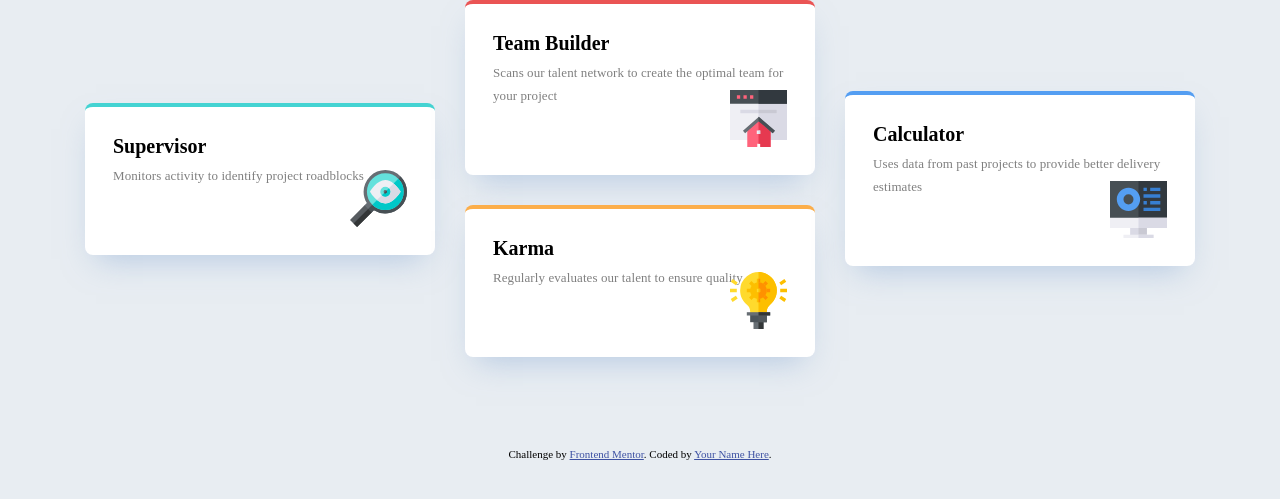
Repository: AngelaMwelu/four-card-page
Page: index.html
The author's editor kept a copy of each file at every save. The page is drawn from the files as they stood at one save, then again after the next save.
The browser window is 1280 px wide. The pictures show the whole page.

Above is the page before, as saved 2025-05-15 16:36:30.

After the next save:
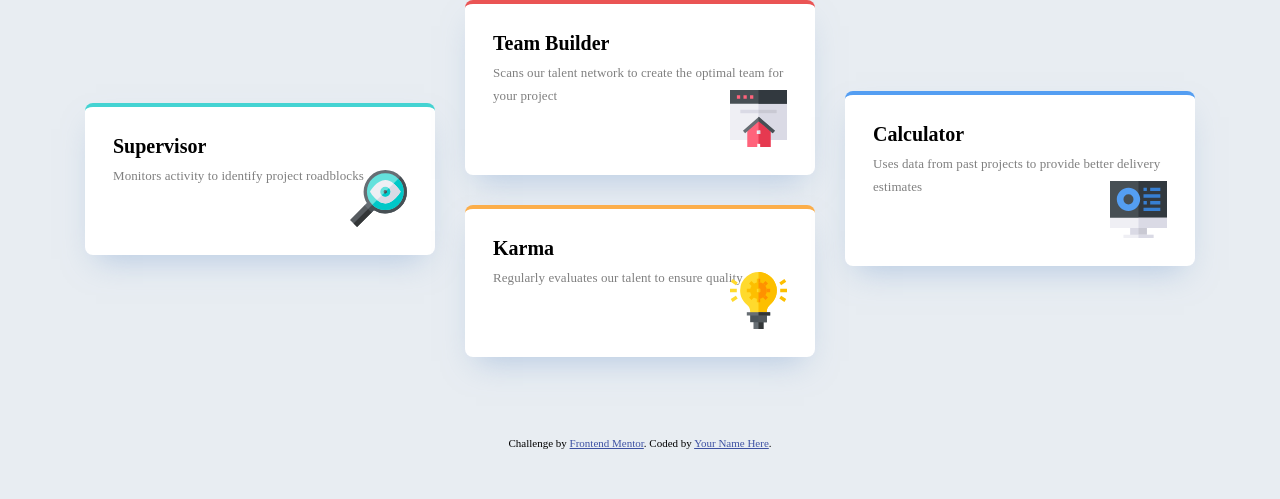
Saved 9 s later.
--- a/index.html
+++ b/index.html
@@ -13,7 +13,7 @@
 
 </head>
 <body>
-  <div class="container"></div>
+  <div class="container">
   <div class="Card">
     <div class="Supervisor">
       <h4>Supervisor</h4>

After the 4 saves that followed:
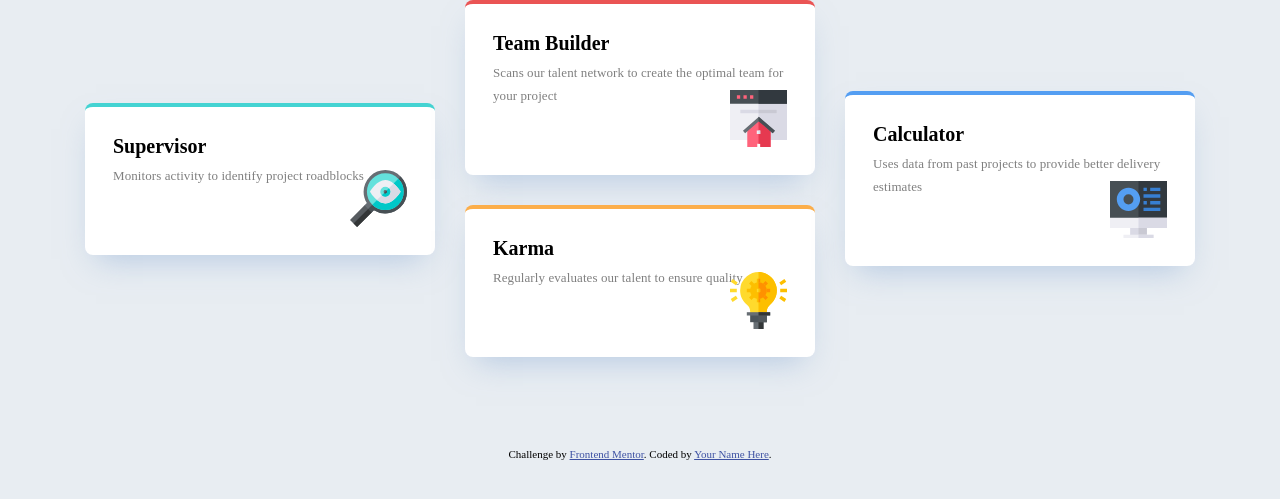
The 4 saves are shown as one change because 1 left the picture as it was and some came seconds apart.
The last was saved 18 s later.
--- a/index.html
+++ b/index.html
@@ -35,6 +35,7 @@
       <p>Uses data from past projects to provide better delivery estimates</p>
     </div>
   </div>
+  </div>
 
   <footer>
     <p class="attribution">
